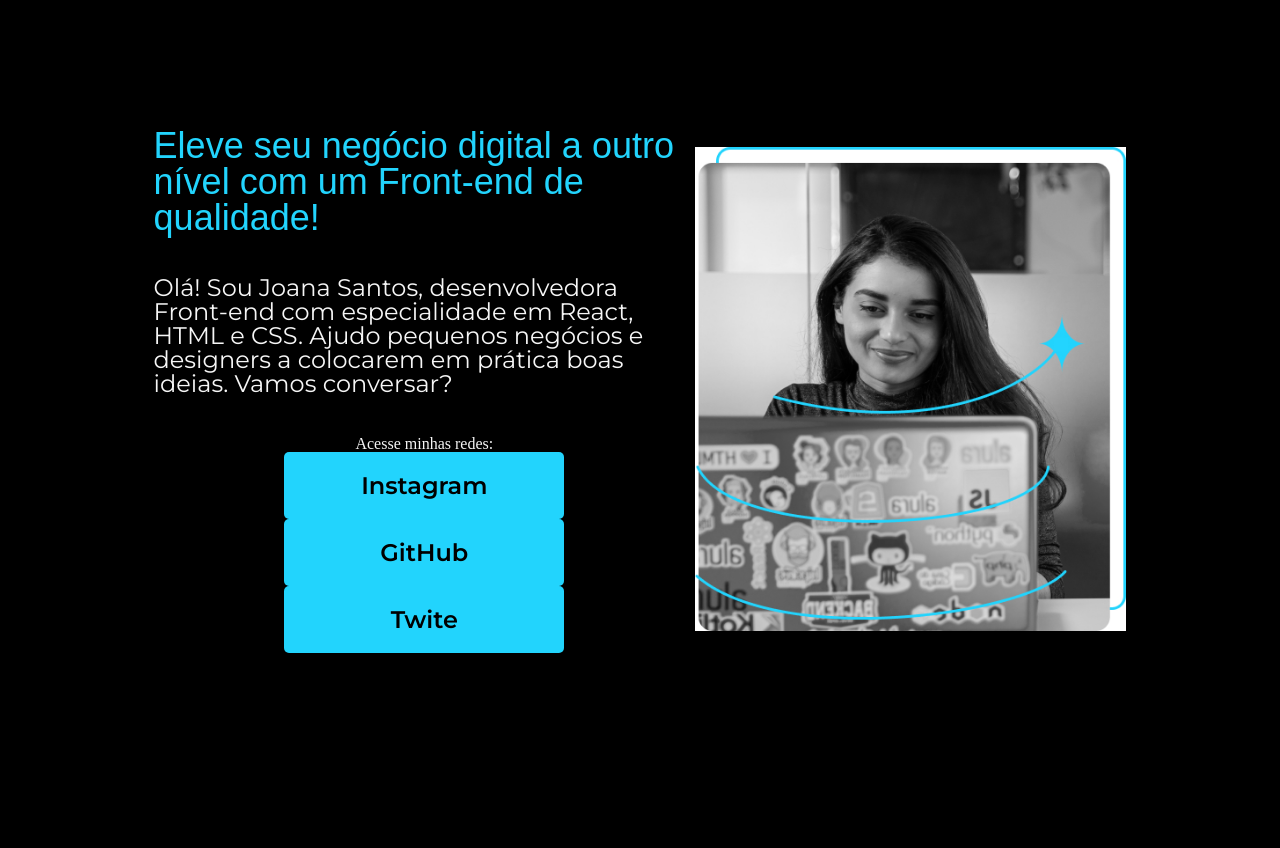
Repository: joaoPraiaJunior/html-basico
Page: index.html
These files come from the project's save history. The page is drawn as it stood at one moment and after the next save; the edit follows.
The browser window is 1280 px wide. The pictures show the whole page.
Some web fonts or font styles are not loaded; a fallback is used.

Above is the page before, as saved 2024-06-06 18:09:39.

After the next save:
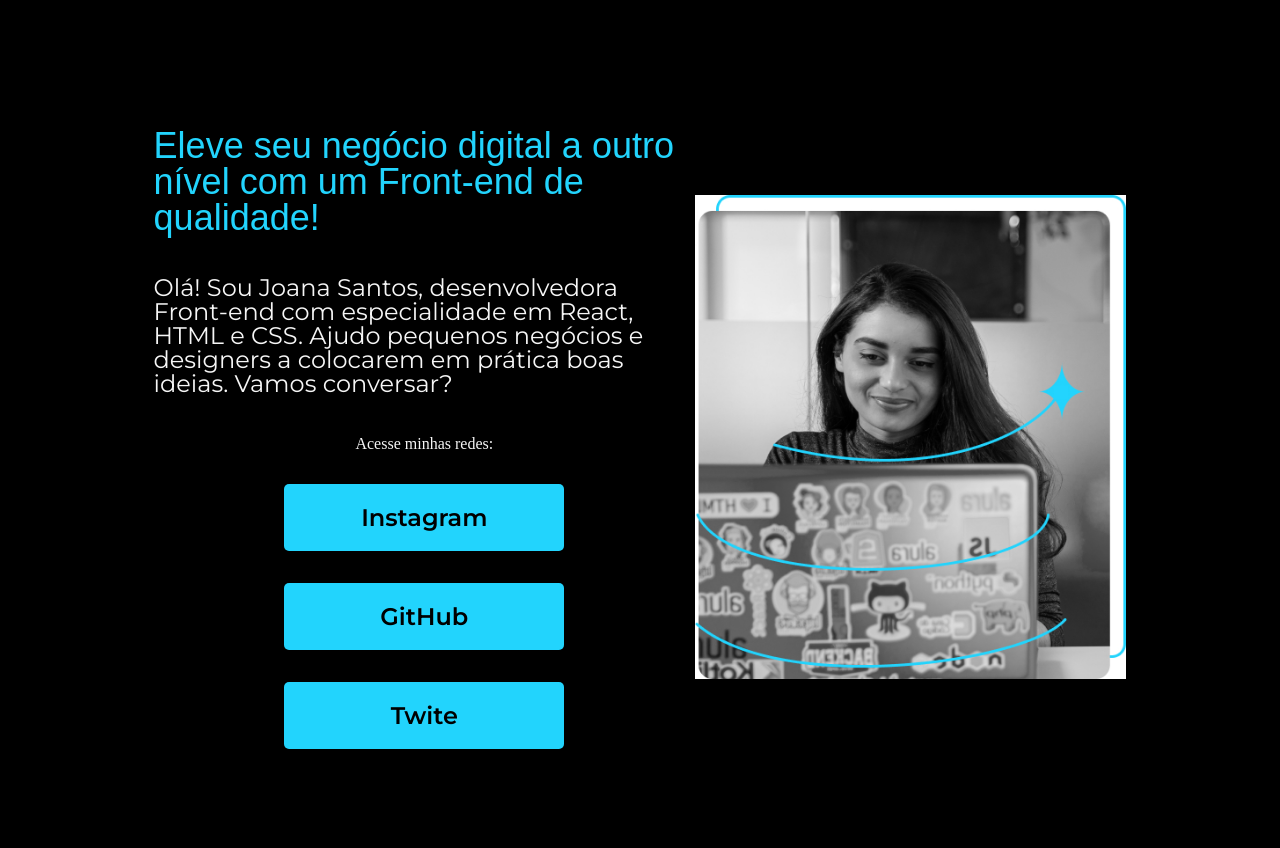
Saved 24 s later.
--- a/css/style.css
+++ b/css/style.css
@@ -41,6 +41,7 @@
   flex-direction: column;
   justify-content: space-between;
   align-items: center;
+  row-gap: 32px;
 
 }
 
